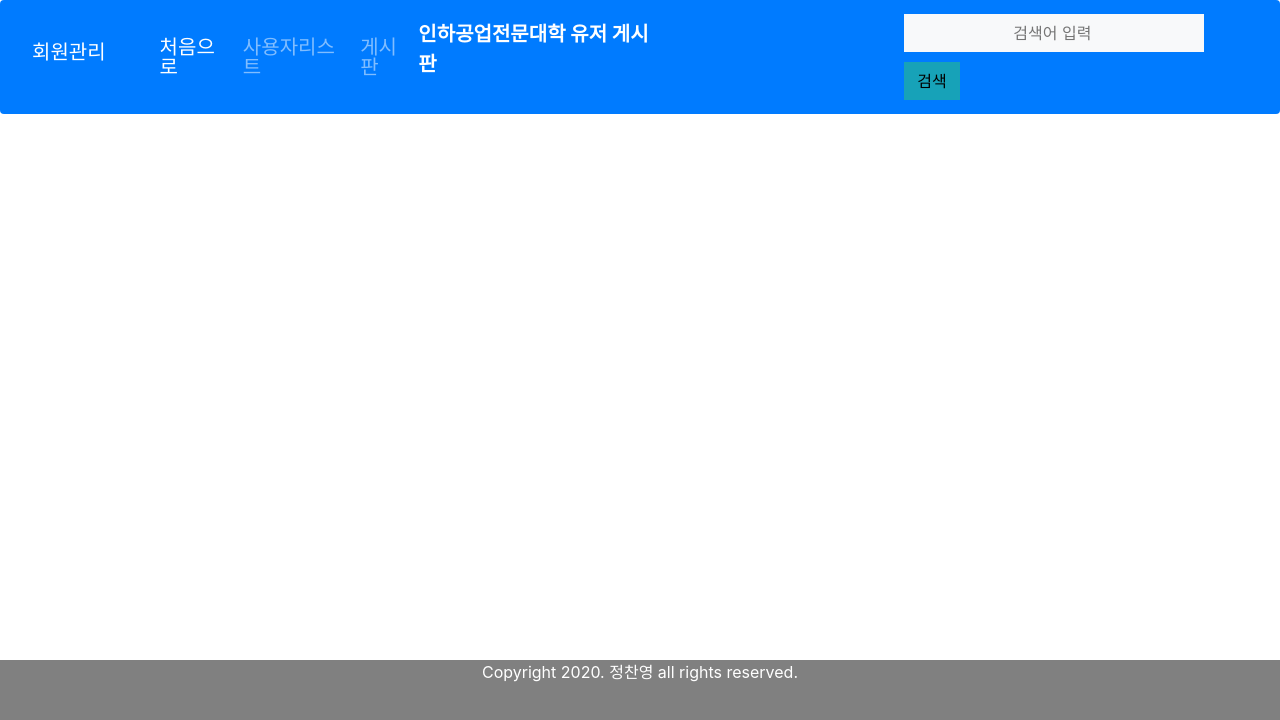
Repository: 201645032/IoTServerFrameWork
Page: http://localhost/layout/default
An editor plug-in stored every save of this project. The page is shown before and after the next save, followed by the edit.
The browser window is 1280 px wide. The pictures show the whole page.
Some web fonts or font styles are not loaded; a fallback is used. The page is this project's Thymeleaf template; nobody is signed in. The template is opened directly, without the code that normally fills it, so the values that code supplies are empty.

Above is the page before, as saved 2020-06-11 06:01:17.

After the next save:
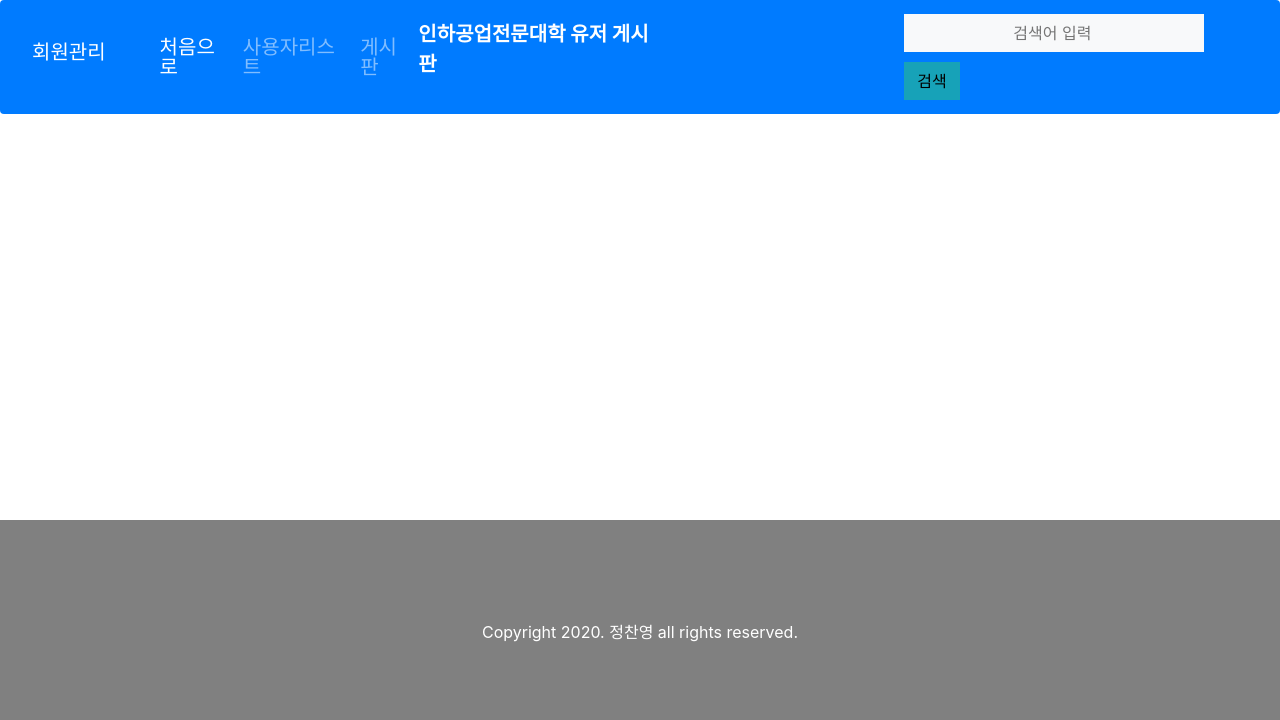
Saved 55 s later.
--- a/MyProject/src/main/resources/templates/layout/default.html
+++ b/MyProject/src/main/resources/templates/layout/default.html
@@ -6,7 +6,7 @@
 left: 0;
 right: 0;
 text-align:center;
-padding:-100px;
+padding:100px;
 }
 
 #navbarSupportedContent{
